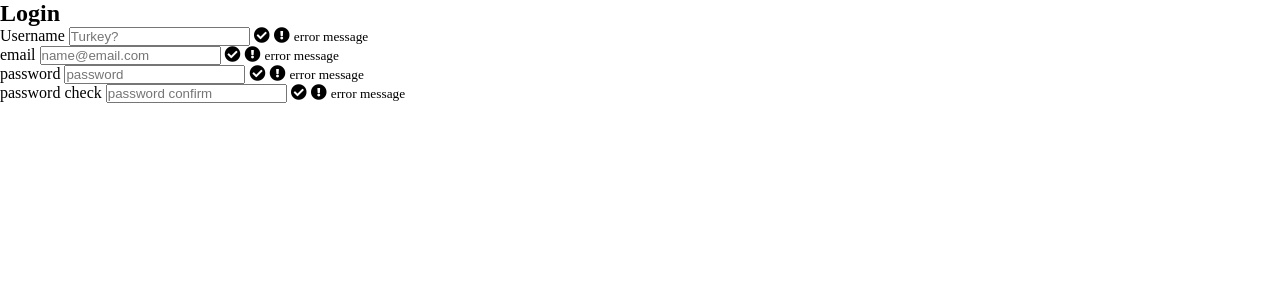
Repository: Abdoulrhman-altyeb/form-_validation-
Page: index.html
The author's editor kept a copy of each file at every save. The page is drawn from the files as they stood at one save, then again after the next save.
The browser window is 1280 px wide. The pictures show the whole page.

Above is the page before, as saved 2021-05-23 20:42:28.

### index.html
<!DOCTYPE html>
<html lang="en">
<head>
    <meta charset="UTF-8">
    <meta http-equiv="X-UA-Compatible" content="IE=edge">
    <meta name="viewport" content="width=device-width, initial-scale=1.0">
    <link rel="stylesheet" href="style.css">
    <link rel="stylesheet" href="https://cdnjs.cloudflare.com/ajax/libs/font-awesome/5.15.3/css/all.min.css"
        integrity="sha512-iBBXm8fW90+nuLcSKlbmrPcLa0OT92xO1BIsZ+ywDWZCvqsWgccV3gFoRBv0z+8dLJgyAHIhR35VZc2oM/gI1w=="
        crossorigin="anonymous" referrerpolicy="no-referrer" />
    <script src="script.js" defer></script>
    <title>form validation</title>
</head>
<body>
    <div class="conatiner">
        <div class="header">
            <h2>Login</h2>
        </div>
        <form class="form">
            <div class="form-control">
                <label for="username">Username</label>
                <input type="text" placeholder="Turkey?" id="username">
                <i class="fa fa-check-circle"></i>
                <i class="fa fa-exclamation-circle"></i>
                <small>error message</small>
            </div>
            <div class="form-control">
                <label for="email">email</label>
                <input type="email" placeholder="name@email.com" id="email">
                <i class="fa fa-check-circle"></i>
                <i class="fa fa-exclamation-circle"></i>
                <small>error message</small>
            </div>
            <div class="form-control">
                <label for="password">password</label>
                <input type="password" placeholder="password" id="password">
                <i class="fa fa-check-circle"></i>
                <i class="fa fa-exclamation-circle"></i>
                <small>error message</small>
            </div>
            <div class="form-control">
                <label for="password2">password check</label>
                <input type="password" placeholder="password confirm" id="password2">
                <i class="fa fa-check-circle"></i>
                <i class="fa fa-exclamation-circle"></i>
                <small>error message</small>
            </div>
        </form>
    </div>
</body>
</html>

### style.css
@import url('https://fonts.googleapis.com/css2?family=Roboto+Condensed:wght@400;700&display=swap');
*{
    padding:0;
    margin:0;
    box-sizing:border-box;
    font-family: ;
}

Loaded but not shown: script.js (no copy from this time; the picture is the same without it)

After the next save:
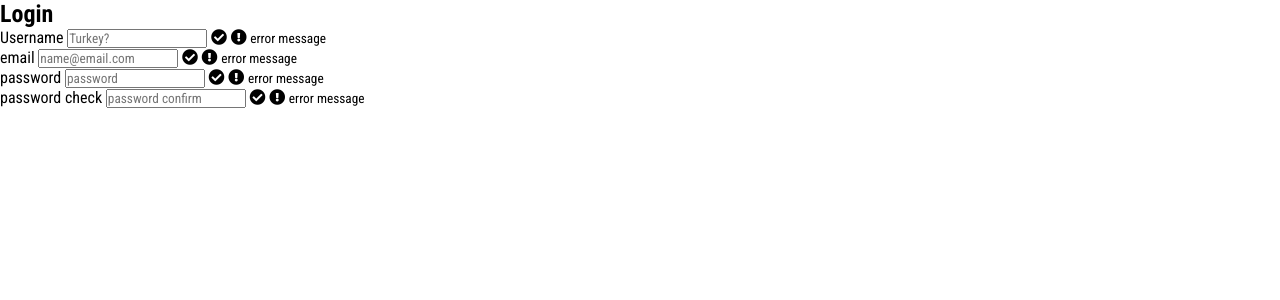
Saved 5 s later.
--- a/style.css
+++ b/style.css
@@ -3,5 +3,5 @@
     padding:0;
     margin:0;
     box-sizing:border-box;
-    font-family: ;
+    font-family: 'Roboto Condensed', sans-serif;
 }
